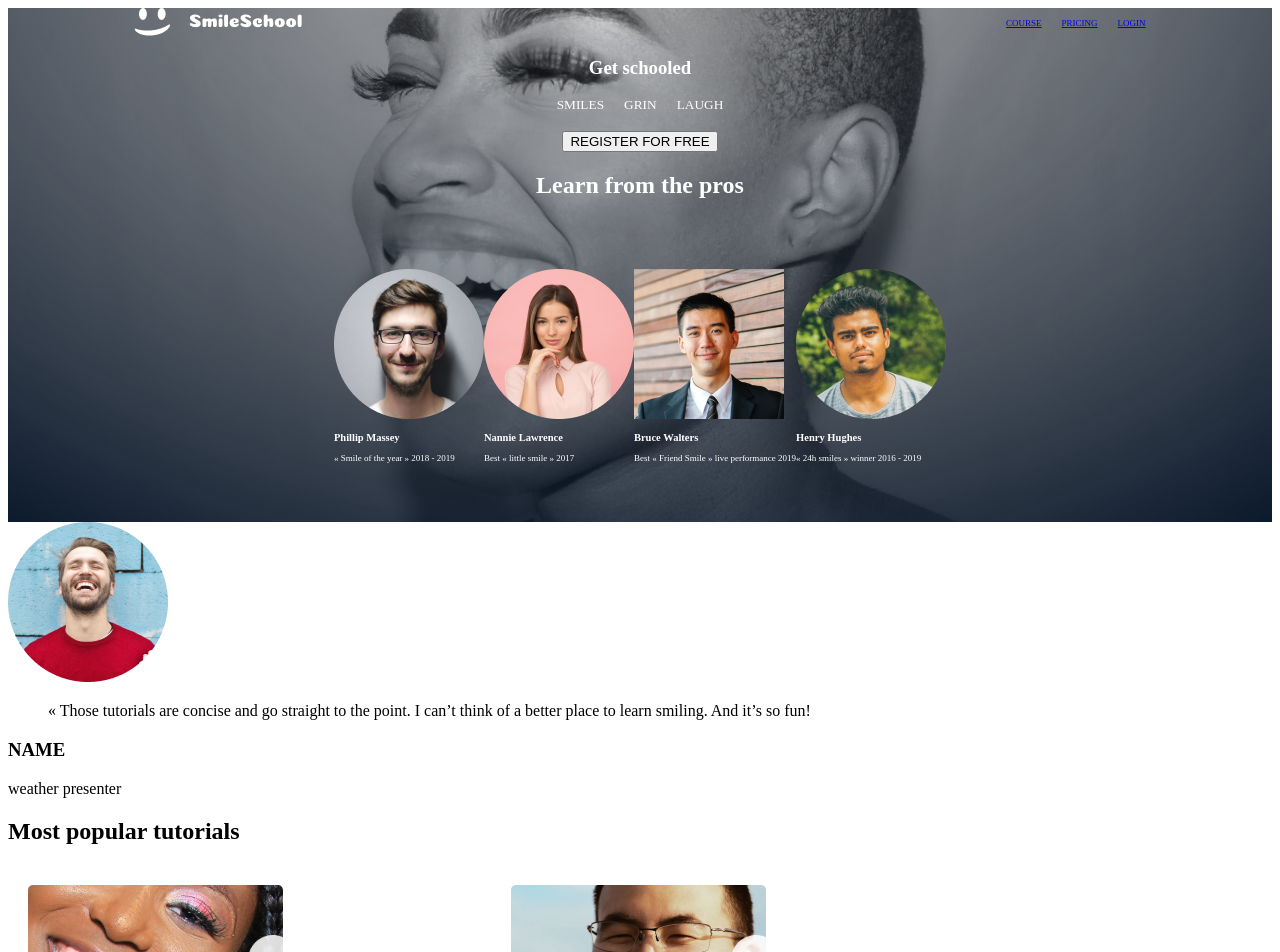
Repository: mwihakiann/alx_html_css
Page: css_advanced/index.html
An editor plug-in stored every save of this project. The page is shown before and after the next save, followed by the edit.
The browser window is 1280 px wide. The pictures show the part of the page from y = 0 to 952 px (the page is 3372 px tall before and 3272 px after).
A picture or video elsewhere on the page could not be fetched, so the positions and the page height are approximate. Some web libraries are served in a nearby version.

Above is the page before, as saved 2025-09-28 17:53:52.

### css_advanced/index.html
<!DOCTYPE html>
<html lang="en">
<head>
  <meta charset="UTF-8">
  <meta name="viewport" content="width=device-width, initial-scale=1.0">
  <script src="https://kit.fontawesome.com/4a2b055604.js" crossorigin="anonymous"></script>
  <title>Document</title>
  <link rel="stylesheet" href="styles.css">
</head>
<body>
    <section class="first-page">
  <header>
    <nav>
      <img src="./images/logo.png" alt="logo">
      <ul>
        <li><a href="#">COURSE</a></li>
        <li><a href="#">PRICING</a></li>
        <li><a href="#">LOGIN</a></li>
      </ul>
    </nav>
  </header>

  <main>
    <section>
      <div class="intro">
        <h1>Get schooled</h1>
        <div class="horizontal-stack">
        <span>SMILES</span>
        <span>GRIN</span>
        <span>LAUGH</span>
        </div>
        <br>
        <button>REGISTER FOR FREE</button>
      </div>
      <div class="learn-from-pros">
        <h2>Learn from the pros</h2>
        <div class="pros">
          <div>
            <img src="./images/1.png" alt="">
            <h3>Phillip Massey</h3>
            <p>« Smile of the year » 2018 - 2019</p>
          </div>
          <div>
            <img src="./images/3.png" alt="">
            <h3>Nannie Lawrence</h3>
            <p>Best « little smile » 2017</p>
          </div>
          <div>
            <img src="./images/2.png" alt="">
            <h3>Bruce Walters</h3>
            <p>Best « Friend Smile » live performance 2019</p>
          </div>
          <div>
            <img src="./images/4.png" alt="">
            <h3>Henry Hughes</h3>
            <p>« 24h smiles » winner 2016 - 2019</p>
          </div>
        </div>
      </div>
    </section>
</section>

    <section>
      <div>
        <img src="./images/5.png" alt="image">
      </div>
      <div>
        <blockquote>« Those tutorials are concise and go straight to the point. I can’t think of a better place to learn smiling. And it’s so fun!</blockquote>
        <h3>NAME</h3>
        <p>weather presenter</p>
      </div>
    </section>

    <section>
      <h2>Most popular tutorials</h2>

      <div class="tutorial-card">
        <img src="./images/9.png" alt="Diagonal Smile">
        <img src="./images/play.png" alt="play button" class="play-btn">
        <h3>Diagonal Smile</h3>
        <p>Lorem ipsum dolor sit amet, consect adipiscing elit, sed do eiusmod.</p>
        <div>
          <img src="./images/1 (3).png" alt="">
          <h4>Phillip Massey</h4>
        </div>
        <div>
          <div><i class="fa-solid fa-star"></i></div>
          <div><i class="fa-solid fa-star"></i></div>
          <div><i class="fa-solid fa-star"></i></div>
          <div><i class="fa-solid fa-star"></i></div>
          <div><i class="fa-solid fa-star"></i></div>
        </div>
        <p>8 min</p>
      </div>

      <div class="tutorial-card">
        <img src="./images/6.png" alt="Happy Smile">
        <img src="./images/play.png" alt="play button" class="play-btn">
        <h3>Happy Smile</h3>
        <p>Lorem ipsum dolor sit amet, consect adipiscing elit, sed do eiusmod.</p>
        <div>
          <img src="./images/1 (3).png" alt="">
          <h4>Phillip Massey</h4>
        </div>
        <div>
          <div><i class="fa-solid fa-star"></i></div>
          <div><i class="fa-solid fa-star"></i></div>
          <div><i class="fa-solid fa-star"></i></div>
          <div><i class="fa-solid fa-star"></i></div>
          <div><i class="fa-solid fa-star"></i></div>
        </div>
        <p>8 min</p>
      </div>

      <div class="tutorial-card">
        <img src="./images/8.png" alt="Natural Smile">
        <img src="./images/play.png" alt="play button" class="play-btn">
        <h3>Natural Smile</h3>
        <p>Lorem ipsum dolor sit amet, consect adipiscing elit, sed do eiusmod.</p>
        <div>
          <img src="./images/1.png" alt="">
          <h4>Phillip Massey</h4>
        </div>
        <div>
          <div><i class="fa-solid fa-star"></i></div>
          <div><i class="fa-solid fa-star"></i></div>
          <div><i class="fa-solid fa-star"></i></div>
          <div><i class="fa-solid fa-star"></i></div>
          <div><i class="fa-solid fa-star"></i></div>
        </div>
        <p>8 min</p>
      </div>

      <div class="tutorial-card">
        <img src="./images/7.png" alt="Sad Smile">
        <img src="./images/play.png" alt="play button" class="play-btn">
        <h3>Sad Smile</h3>
        <p>Lorem ipsum dolor sit amet, consect adipiscing elit, sed do eiusmod.</p>
        <div>
          <img src="./images/1.png" alt="">
          <h4>Phillip Massey</h4>
        </div>
        <div>
          <div><i class="fa-solid fa-star"></i></div>
          <div><i class="fa-solid fa-star"></i></div>
          <div><i class="fa-solid fa-star"></i></div>
          <div><i class="fa-solid fa-star"></i></div>
          <div><i class="fa-solid fa-star"></i></div>
        </div>
        <p>8 min</p>
      </div>
    </section>

    <section>
      <h2>Free membership</h2>
      <div>
        <img src="./images/smile.png" alt="">
        <h3>Lorem Ipsum</h3>
        <p>Lorem ipsum dolor sit amet, consectetur adipiscing elit.</p>
      </div>
      <div>
        <img src="./images/smile.png" alt="">
        <h3>Lorem Ipsum</h3>
        <p>Lorem ipsum dolor sit amet, consectetur adipiscing elit.</p>
      </div>
      <div>
        <img src="./images/smile.png" alt="">
        <h3>Lorem Ipsum</h3>
        <p>Lorem ipsum dolor sit amet, consectetur adipiscing elit.</p>
      </div>
      <div>
        <img src="./images/smile.png" alt="">
        <h3>Lorem Ipsum</h3>
        <p>Lorem ipsum dolor sit amet, consectetur adipiscing elit.</p>
      </div>
      <button>REGISTER FOR FREE</button>
    </section>

    <section>
      <h2>F.A.Q</h2>
      <div>
        <div>
          <div>
            <h3>How does this work?</h3>
          </div>
          <div>
            Lorem ipsum dolor sit amet, consectetur adipiscing elit, sed do eiusmod tempor incididunt ut labore et dolore magna aliqua.
          </div>

          <div>
            <h3>How does this work?</h3>
          </div>
          <div>
            Lorem ipsum dolor sit amet, consectetur adipiscing elit, sed do eiusmod tempor incididunt ut labore et dolore magna aliqua.
          </div>
        </div>
        <div>
          <div>
            <h3>How does this work?</h3>
          </div>
          <div>
            Lorem ipsum dolor sit amet, consectetur adipiscing elit, sed do eiusmod tempor incididunt ut labore et dolore magna aliqua.
          </div>
          <div>
            <h3>How does this work?</h3>
          </div>
          <div>
            Lorem ipsum dolor sit amet, consectetur adipiscing elit, sed do eiusmod tempor incididunt ut labore et dolore magna aliqua.
          </div>
        </div>
      </div>
    </section>
  </main>

  <footer>
    <section>
      <div>
        <img src="./images/logo.png" alt="logo">
        <div>
          <i class="fa-brands fa-facebook"></i>
          <i class="fa-brands fa-twitter"></i>
          <i class="fa-brands fa-instagram"></i>
        </div>
      </div>
      <p>©smileschool 2020</p>
    </section>
  </footer>
</body>
</html>

### css_advanced/styles.css
nav ul{
    display: flex;
    gap: 20px;
    list-style: none;
    color: white;
    text-decoration: none;
}
nav{
    display: flex;
    justify-content: space-between;
    align-items: center;
    margin-left: 10%;
    margin-right: 10%;
    font-size: xx-small;
}
.first-page{
    background-image: url(./images/Object.png);
    background-size: cover;
    background-position: center;
    color: white;
}
.intro{
    display: flex;
    flex-direction: column;
    justify-content: center;
    align-items: center;
    gap: 0;
}
h1{
    font-size: 40;
}
.learn-from-pros{
    display: flex;
    flex-direction: column;
    justify-content: center;
    align-items: center;
    font-size: medium;
}
.pros{
    display: flex;
    font-size:xx-small;
    padding: 50px;
    margin-left: 5%;
    margin-right: 5%;
}
.horizontal-stack{
   display: flex;
    gap: 20px;
    font-size: smaller;
}
.tutorial-card {
    position: relative;
    display: inline-block;
    margin: 20px;
  }

  .tutorial-card img {
    display: block;
  }

  .tutorial-card .play-btn {
    position: absolute;
    top: 50px;
    left: 50%;
    transform: translateX(-50 -50%);
    width: 50px;
    height: 50px;
    pointer-events: none;
  }

After the next save:
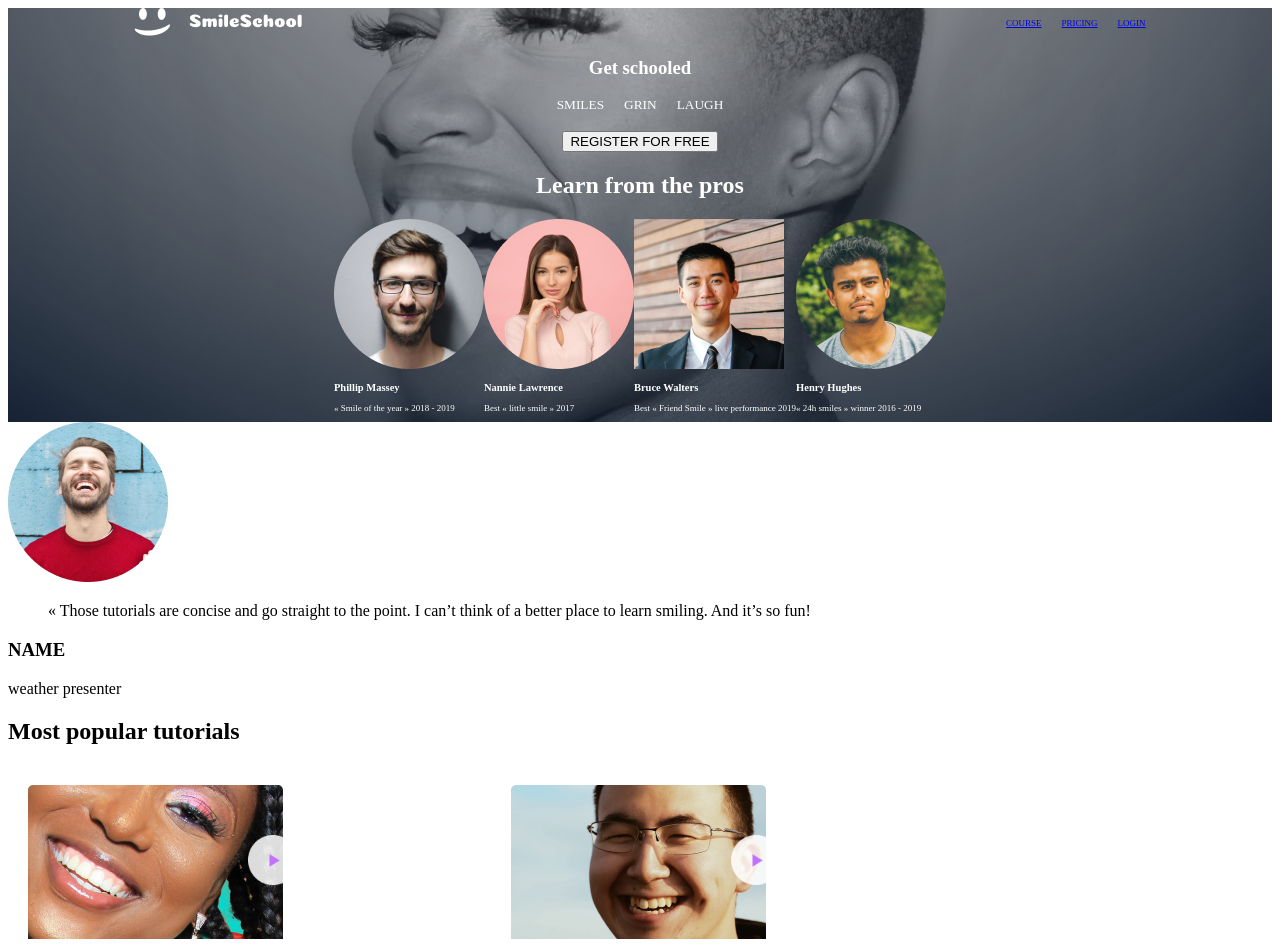
Saved 16 s later.
--- a/css_advanced/styles.css
+++ b/css_advanced/styles.css
@@ -39,7 +39,7 @@ h1{
 .pros{
     display: flex;
     font-size:xx-small;
-    padding: 50px;
+    padding: px;
     margin-left: 5%;
     margin-right: 5%;
 }
